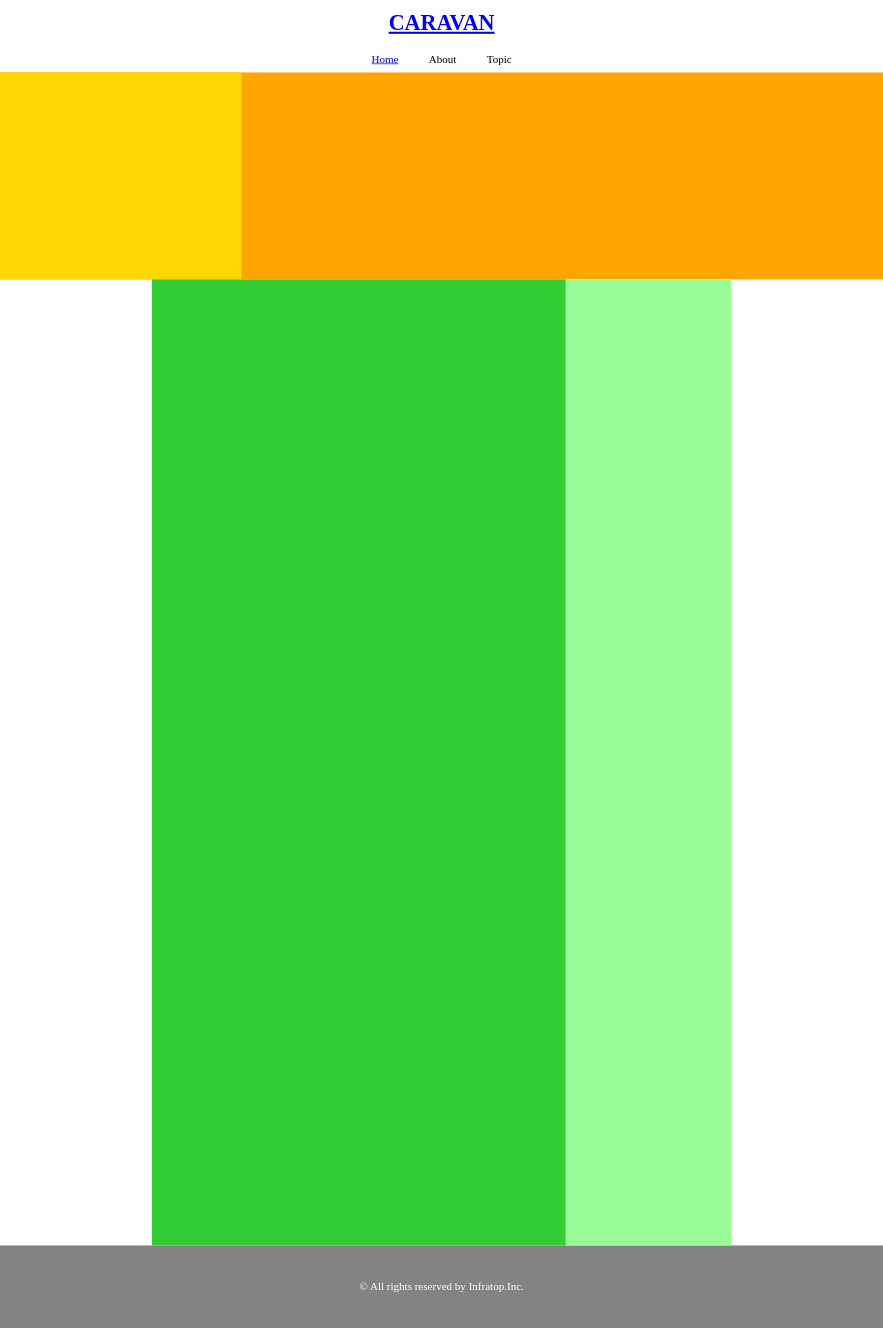
Repository: Nao002/practice
Page: caravan/index.html
The author's editor kept a record of every edit. The page is drawn from the files as they stood at one moment, then again after the next edit.
The browser window is 1280 px wide. The pictures show the whole page, at 69% of full size.

Above is the page before.

After the next edit:
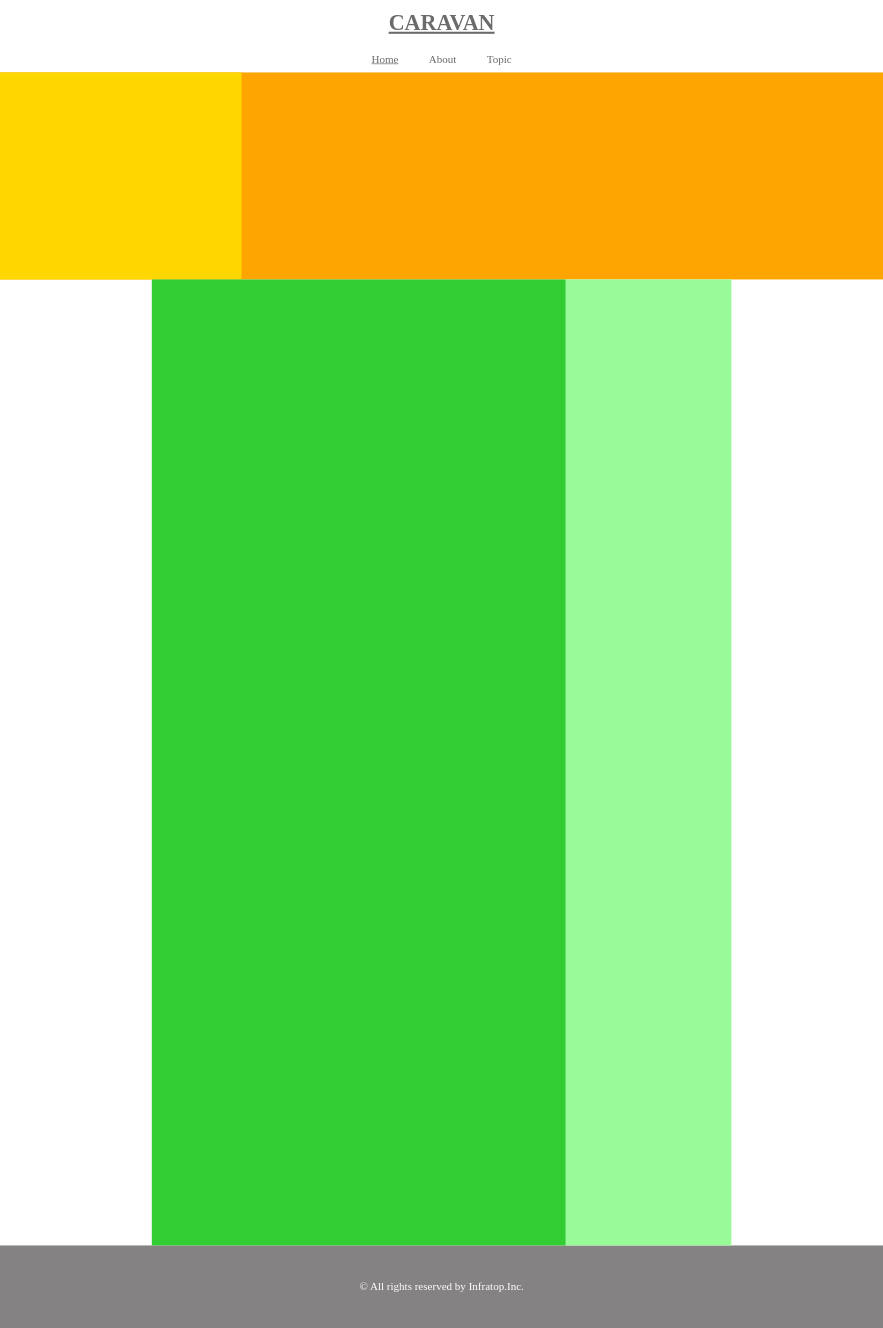
The edit:
--- a/caravan/style.css
+++ b/caravan/style.css
@@ -3,6 +3,7 @@
   margin: 0;
   padding: 0;
   box-sizing: border-box;
+  color: #6c6b6b;
 }
 
 header {
